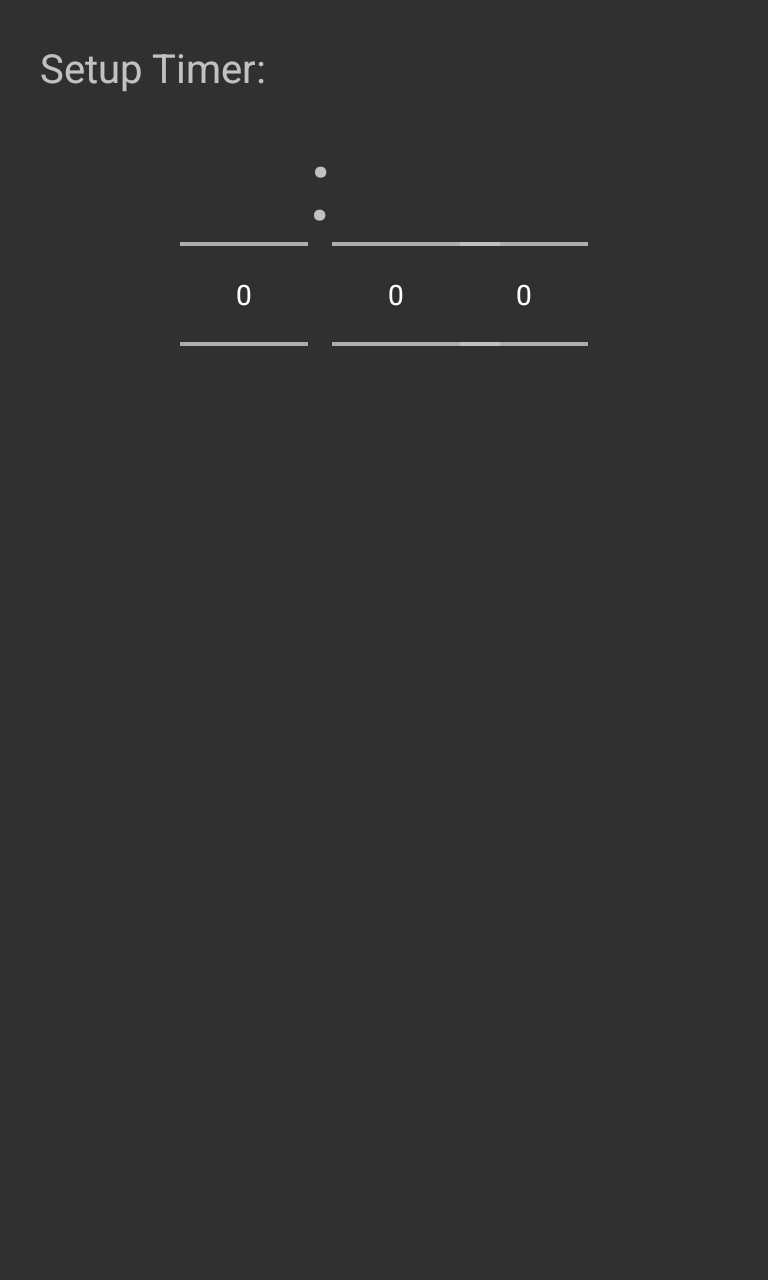
Repository: deanzaka/Shroom-Smart-Terminal
Layout: IOIOShroomST/res/layout/timer.xml
The author's editor kept a copy of each file at every save. The layout is drawn from the files as they stood at one save, then again after the next save.
It is drawn on a 768 x 1280 px phone screen (xhdpi) without system bars, with theme Theme.AppCompat; the app's code is not run.

Above is the layout before, as saved 2014-11-18 10:16:39.

### IOIOShroomST/res/layout/timer.xml
<?xml version="1.0" encoding="utf-8"?>
<LinearLayout xmlns:android="http://schemas.android.com/apk/res/android"
    android:orientation="vertical"
    android:layout_width="fill_parent"
    android:layout_height="fill_parent">

    <TextView
        android:layout_width="wrap_content"
        android:layout_height="wrap_content"
        android:text="@string/timer_setup_label"
        android:textSize="20sp"
        android:paddingTop="20dp"
        android:paddingLeft="20dp"/>

    <RelativeLayout
	    android:layout_width="fill_parent"
	    android:layout_height="wrap_content"
	    android:gravity="center_horizontal"
	    android:paddingTop="10dp">

	    <NumberPicker
		    android:id="@+id/userHour"
		    android:layout_width="wrap_content"
		    android:layout_height="wrap_content" />

	    <TextView
	        android:id="@+id/sep1"
	        android:layout_width="wrap_content"
	        android:layout_height="wrap_content"
	        android:text=":"
	        android:textSize="50sp"
	        android:layout_toRightOf="@id/userHour"/>

	    <NumberPicker
		    android:id="@+id/userMin"
		    android:layout_width="wrap_content"
		    android:layout_height="wrap_content"
		    android:layout_toRightOf="@id/sep1"/>

	    <NumberPicker
		    android:id="@+id/userSec"
		    android:layout_width="wrap_content"
		    android:layout_height="wrap_content"
		    android:paddingLeft="20dp"
		    android:layout_toRightOf="@id/userMin"/>

	</RelativeLayout>

</LinearLayout>

### IOIOShroomST/res/values/strings.xml
<?xml version="1.0" encoding="utf-8"?>
<resources>

    <string name="app_name">Shroom - Smart Outlet</string>
    <string name="terminal_1">Plug 1</string>
    <string name="terminal_2">Plug 2</string>
    <string name="terminal_3">Plug 3</string>
    <string name="lamp">Lamp</string>
    <string name="light_label">Light intensity: </string>
    <string name="light_setup_label">Light setup: </string>
    <string name="temp_label">Temperature: </string>
    <string name="temp_setup_label">Temperature setup: </string>
    <string name="timer_setup_label">Setup Timer: </string>
    <string name="cel_label">celcius</string>
    <string name="lux_label">lux</string>
    <string name="auto_label">Auto Mode</string>
    <string name="action_sensors">Sensors</string>
    <string name="action_settings">Setting</string>
    <string name="action_timer">Timer</string>
    <string name="yes_answer">Yes</string>
    <string name="no_answer">No</string>
    <string name="title_activity_settings">Settings</string>
    <string name="hello_world">Hello world!</string>
    <string name="title_activity_sensors">Sensors</string>
    <string name="light_sensor">Light</string>
    <string name="temp_sensor">Temp</string>
    <string name="timer">Timer</string>
    <string name="title_activity_timer">Timer</string>

</resources>

After the next save:
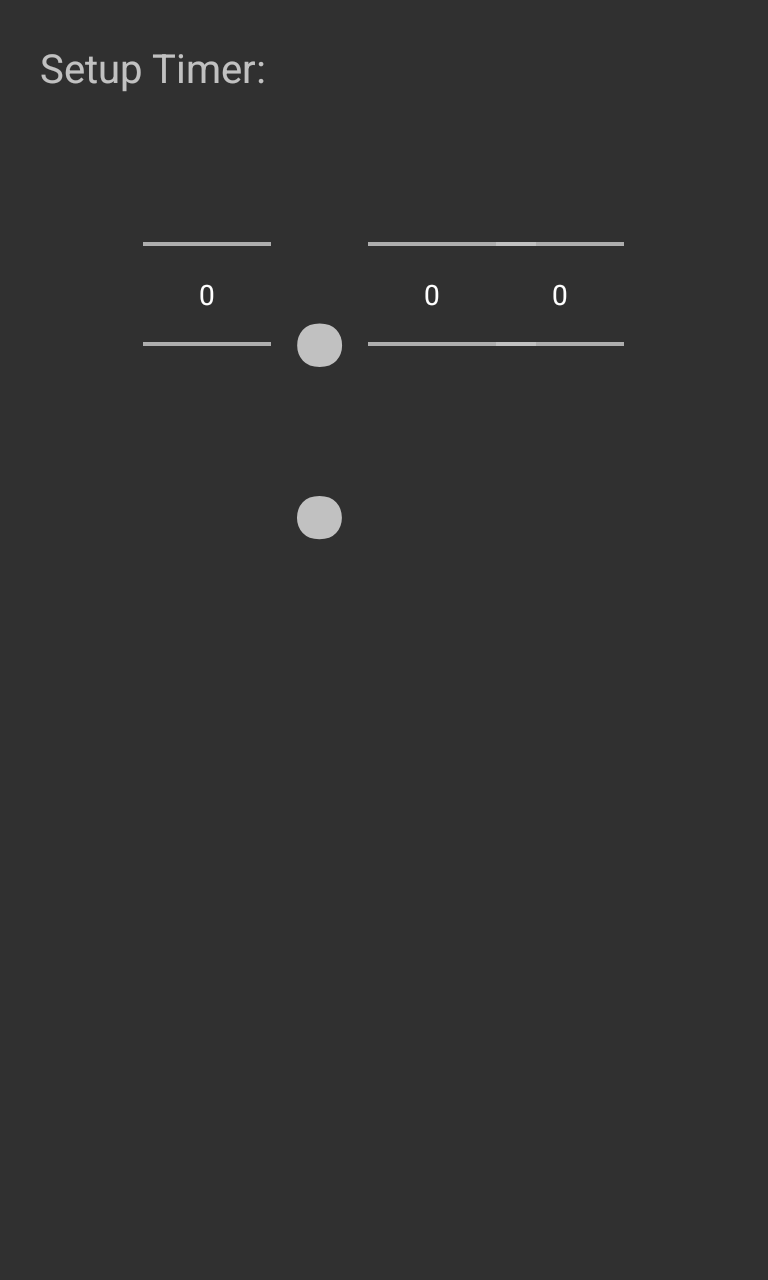
Saved 14 s later.
--- a/IOIOShroomST/res/layout/timer.xml
+++ b/IOIOShroomST/res/layout/timer.xml
@@ -28,7 +28,7 @@
 	        android:layout_width="wrap_content"
 	        android:layout_height="wrap_content"
 	        android:text=":"
-	        android:textSize="50sp"
+	        android:textSize="200sp"
 	        android:layout_toRightOf="@id/userHour"/>
 
 	    <NumberPicker
